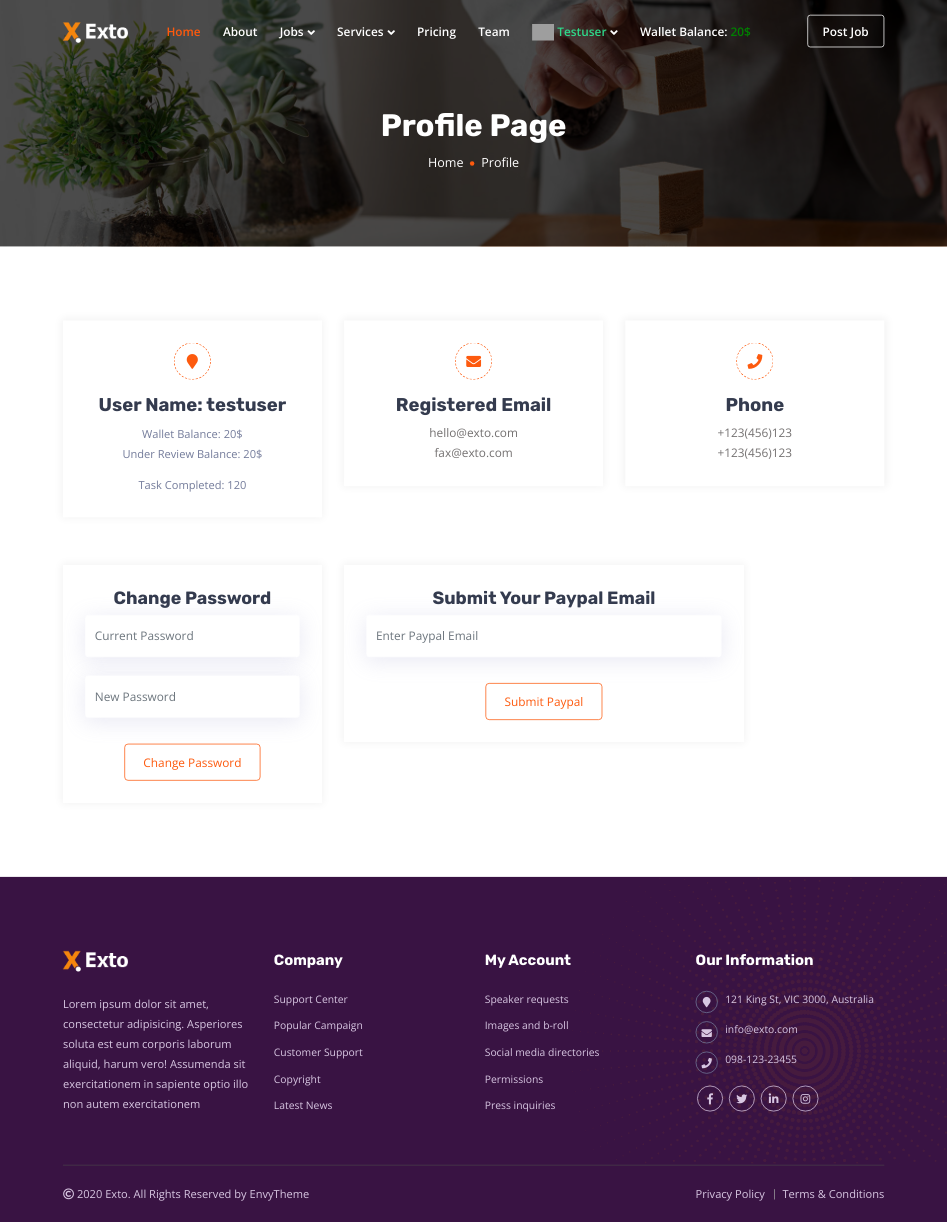
Repository: aakashrajput/XtremeWorks
Page: http://localhost/user/profile
An editor plug-in stored every save of this project. The page is shown before and after the next save, followed by the edit.
The browser window is 1280 px wide. The pictures show the whole page, at 74% of full size.
Pictures or frames that could not be fetched are drawn as grey boxes. The page is served by the project's Laravel application, run on PHP 8.4 with Laravel 8. A made-up administrator, Test User (test@example.com), is signed in. Other server files are loaded and not shown.

Above is the page before, as saved 2020-03-26 14:45:13.

### routes/web.php
<?php

use Illuminate\Support\Facades\Route;

/*
|--------------------------------------------------------------------------
| Web Routes
|--------------------------------------------------------------------------
|
| Here is where you can register web routes for your application. These
| routes are loaded by the RouteServiceProvider within a group which
| contains the "web" middleware group. Now create something great!
|
*/


//Main Site Routes

Route::get('/', function () {
    return view('site.index');
});

Route::get('/about', function () {
    return view('site.about');
});

Route::get('/user/login', function () {
    return view('site.login');
});

Route::get('/user/register', function () {
    return view('site.register');
});


Route::prefix('user')->group(function() {
    Route::post('/register', 'User\RegisterController@register')->name('user.register.submit');
    Route::post('/login', 'User\LoginController@login');
    Route::get('/home', 'User\UserHomeController@index');
    Route::get('/wallet', 'User\UserHomeController@WalletPage');
    Route::get('/profile', 'User\UserHomeController@ProfilePage');
});


Auth::routes();

Route::get('/home', 'HomeController@index')->name('home');

Auth::routes();

Route::get('/home', 'HomeController@index')->name('home');

### app/Http/Controllers/User/UserHomeController.php
<?php

namespace App\Http\Controllers\User;

use App\Http\Controllers\Controller;
use Illuminate\Http\Request;

class UserHomeController extends Controller
{
    public function __construct()
    {
        $this->middleware('auth:web');
    }

    public function index()
    {
        return view('user.index');
    }

    public function WalletPage()
    {
        return view('user.wallet');
    }

    public function ProfilePage()
    {
        return view('user.profile');
    }
}

### resources/views/user/profile.blade.php
@include('user.includes.header')

<div class="page-title-area">
    <div class="d-table">
        <div class="d-table-cell">
            <div class="container">
                <div class="page-title-content">
                    <h2>Profile Page</h2>
                    <ul>
                        <li>
                            <a href="index.html">Home</a>
                        </li>
                        <li>Profile</li>
                    </ul>
                </div>
            </div>
        </div>
    </div>
</div>
<!-- End Page Title Area -->

<!-- Start Contact Box Area -->
<section class="contact-box">
    <div class="container">
        <div class="row">
            <div class="col-lg-4 col-md-6">
                <div class="single-contact-box">
                    <i class="fa fa-map-marker"></i>
                    <div class="content-title">
                    <h3>User Name: {{Auth::user()->username}}</h3>
                        <p>Wallet Balance: 20$ <br> Under Review Balance: 20$</p>
                        <p>Task Completed: 120</p>
                    </div>
                </div>
            </div>
            <div class="col-lg-4 col-md-6">
                <div class="single-contact-box">
                    <i class="fa fa-envelope"></i>
                    <div class="content-title">
                        <h3>Registered Email</h3>
                        <a href="mailto:hello@exto.com">hello@exto.com</a>
                        <a href="mailto:hello@exto.com">fax@exto.com</a>
                    </div>
                </div>
            </div>
            <div class="col-lg-4 col-md-6 offset-md-3 offset-lg-0">
                <div class="single-contact-box">
                    <i class="fa fa-phone"></i>
                    <div class="content-title">
                        <h3>Phone</h3>
                        <a href="tel:+123(456)123">+123(456)123</a>
                        <a href="tel:+123(456)123">+123(456)123</a>
                    </div>
                </div>
            </div>
        </div>
    </div>
</section>
<!-- End Contact Box Area -->

<!-- Start Contact Area -->
<section class="contact-area pb-100">
    <div class="container">

        <div class="row">
            <div class="col-lg-4">
                <div class="contact-form">
                    <center><h4>Change Password</h4></center>
                    <form id="contactForm">
                        <div class="row">
                            <div class="col-lg-12">
                                <div class="form-group">
                                    <input type="text" name="name" class="form-control" placeholder="Current Password">
                                </div>
                            </div>
                            <div class="col-lg-12">
                                <div class="form-group">
                                    <input type="email" name="email" class="form-control" placeholder="New Password">
                                </div>
                            </div>
                            <div class="col-lg-12">
                                <button type="submit" class="default-btn">Change Password</button>
                            </div>
                        </div>
                    </form>
                </div>
            </div>
            <div class="col-lg-6">
                <div class="contact-form">
                    <center><h4>Submit Your Paypal Email</h4></center>
                    <form id="contactForm">
                        <div class="row">
                            <div class="col-lg-12">
                                <div class="form-group">
                                    <input type="text" name="name" class="form-control" placeholder="Enter Paypal Email">
                                </div>
                            </div>
                            <div class="col-lg-12">
                                <button type="submit" class="default-btn">Submit Paypal</button>
                            </div>
                        </div>
                    </form>
                </div>
            </div>
        </div>
    </div>
</section>
<!-- End Contact Area -->

@include('user.includes.footer')

### public/assets/css/flaticon.css
/*
Flaticon icon font: Flaticon
*/
@font-face {
	font-family: "Flaticon";
	src: url("../fonts/Flaticon.eot");
	src: url("../fonts/Flaticon.eot%3F") format("embedded-opentype"),
	url("../fonts/Flaticon.woff2") format("woff2"),
	url("../fonts/Flaticon.woff") format("woff"),
	url("../fonts/Flaticon.ttf") format("truetype"),
	url("../fonts/Flaticon.svg") format("svg");
	font-weight: normal;
	font-style: normal;
}
@media screen and (-webkit-min-device-pixel-ratio:0) {
	@font-face {
		font-family: "Flaticon";
		src: url("../fonts/Flaticon.svg") format("svg");
	}
}
[class^="flaticon-"]:before, [class*=" flaticon-"]:before,
[class^="flaticon-"]:after, [class*=" flaticon-"]:after {
	font-family: Flaticon;
	font-style: normal;
}

.flaticon-right-arrow:before { content: "\f100"; }
.flaticon-claim:before { content: "\f101"; }
.flaticon-lock:before { content: "\f102"; }
.flaticon-diagram:before { content: "\f103"; }
.flaticon-money:before { content: "\f104"; }
.flaticon-pen:before { content: "\f105"; }
.flaticon-refresh:before { content: "\f106"; }
.flaticon-budget:before { content: "\f107"; }
.flaticon-data:before { content: "\f108"; }
.flaticon-file:before { content: "\f109"; }
.flaticon-ruler:before { content: "\f10a"; }
.flaticon-facebook:before { content: "\f10b"; }
.flaticon-twitter:before { content: "\f10c"; }
.flaticon-linkedin:before { content: "\f10d"; }
.flaticon-instagram-logo:before { content: "\f10e"; }

### public/assets/css/flaticon-two.css
	/*
  	Flaticon icon font: Flaticon
  	Creation date: 22/12/2019 12:08
  	*/

@font-face {
	font-family: "Flaticon";
	src: url("../fonts/style-one/Flaticon.eot");
	src: url("../fonts/style-one/Flaticon.eot%3F") format("embedded-opentype"),
	url("../fonts/style-one/Flaticon.woff2") format("woff2"),
	url("../fonts/style-one/Flaticon.woff") format("woff"),
	url("../fonts/style-one/Flaticon.ttf") format("truetype"),
	url("../fonts/style-one/Flaticon.svg") format("svg");
	font-weight: normal;
	font-style: normal;
}
@media screen and (-webkit-min-device-pixel-ratio:0) {
	@font-face {
		font-family: "Flaticon";
		src: url("../fonts/style-one/Flaticon.svg") format("svg");
	}
}
[class^="flaticon-"]:before, [class*=" flaticon-"]:before,
[class^="flaticon-"]:after, [class*=" flaticon-"]:after {
	font-family: Flaticon;
	font-style: normal;
}

.flaticon-headphones:before { content: "\f100"; }
.flaticon-tag:before { content: "\f101"; }
.flaticon-cyber-security:before { content: "\f102"; }
.flaticon-innovation:before { content: "\f103"; }
.flaticon-content:before { content: "\f104"; }
.flaticon-unlink:before { content: "\f105"; }
.flaticon-data:before { content: "\f106"; }
.flaticon-goal:before { content: "\f107"; }
.flaticon-modules:before { content: "\f108"; }
.flaticon-work-time:before { content: "\f109"; }
.flaticon-it:before { content: "\f10a"; }
.flaticon-monitor:before { content: "\f10b"; }
.flaticon-appointment:before { content: "\f10c"; }
.flaticon-user:before { content: "\f10d"; }
.flaticon-dancer-motion:before { content: "\f10e"; }
.flaticon-cropping-tool:before { content: "\f10f"; }
.flaticon-brain-and-head:before { content: "\f110"; }
.flaticon-telephone:before { content: "\f111"; }
.flaticon-envelope:before { content: "\f112"; }
.flaticon-edit:before { content: "\f113"; }
.flaticon-placeholder:before { content: "\f114"; }

### public/assets/css/flaticon-three.css
	/*
  	Flaticon icon font: Flaticon
  	Creation date: 02/01/2020 10:22
  	*/

@font-face {
	font-family: "Flaticon";
	src: url("../fonts/style-two/Flaticon.eot");
	src: url("../fonts/style-two/Flaticon.eot%3F") format("embedded-opentype"),
	url("../fonts/style-two/Flaticon.woff2") format("woff2"),
	url("../fonts/style-two/Flaticon.woff") format("woff"),
	url("../fonts/style-two/Flaticon.ttf") format("truetype"),
	url("../fonts/style-two/Flaticon.svg") format("svg");
	font-weight: normal;
	font-style: normal;
}

@media screen and (-webkit-min-device-pixel-ratio:0) {
  @font-face {
		font-family: "Flaticon";
		src: url("../fonts/style-two/Flaticon.svg") format("svg");
	}
}
[class^="flaticon-"]:before, [class*=" flaticon-"]:before,
[class^="flaticon-"]:after, [class*=" flaticon-"]:after {
	font-family: Flaticon;
	font-style: normal;
}

.flaticon-industry:before { content: "\f100"; }
.flaticon-group:before { content: "\f101"; }
.flaticon-promotion:before { content: "\f102"; }
.flaticon-coffee-cup:before { content: "\f103"; }

### public/assets/css/progressbar.min.css
.circle-chart{width:150px;height:150px}.circle-chart__circle{stroke:#00acc1;stroke-width:2;stroke-linecap:square;fill:none;animation:circle-chart-fill 2s reverse;transform:rotate(-90deg);transform-origin:center}.circle-chart__circle--negative{transform:rotate(-90deg)scale(1,-1)}.circle-chart__background{stroke:#efefef;stroke-width:2;fill:none}.circle-chart__info{animation:circle-chart-appear 2s forwards;opacity:0;transform:translateY(0.3em)}.circle-chart__percent{alignment-baseline:central;text-anchor:middle;font-size:8px}.circle-chart__subline{alignment-baseline:central;text-anchor:middle;font-size:3px}.success-stroke{stroke:#ff8a00}.warning-stroke{stroke:#ffbb33}.danger-stroke{stroke:#ff4444}
@keyframes circle-chart-fill{to{stroke-dasharray:0 100}}
@keyframes circle-chart-appear{to{opacity:1;transform:translateY(0)}}

Loaded but not shown: app/Http/Controllers/Auth/LoginController.php (common file); app/Http/Controllers/Controller.php (common file); app/Http/Controllers/Auth/ConfirmPasswordController.php (common file); app/User.php (common file); public/assets/css/bootstrap.min.css (library); public/assets/css/animate.min.css (library); public/assets/css/odometer.min.css (library); public/assets/css/meanmenu.css (common file); public/assets/css/magnific-popup.min.css (library); public/assets/css/nice-select.min.css (library); public/assets/css/owl.carousel.min.css (library); public/assets/css/fontawesome.min.css (library); public/assets/css/style.css (library); public/assets/js/jquery.min.js (library); public/assets/js/popper.min.js (library); public/assets/js/bootstrap.min.js (library); public/assets/js/jquery.meanmenu.js (library); public/assets/js/jquery.appear.min.js (common file); public/assets/js/odometer.min.js (library); public/assets/js/owl.carousel.min.js (library); public/assets/js/jquery.magnific-popup.min.js (library); public/assets/js/wow.min.js (library); public/assets/js/particles.min.js (library); public/assets/js/main.js (330 lines, source omitted); public/assets/js/jquery.nice-select.min.js (4 lines, source omitted); public/assets/js/progressbar.min.js (4 lines, source omitted); public/assets/css/responsive.css (2922 lines, source omitted); resources/views/user/includes/footer.blade.php (168 lines, source omitted); resources/views/user/includes/header.blade.php (143 lines, source omitted)

After the next save:
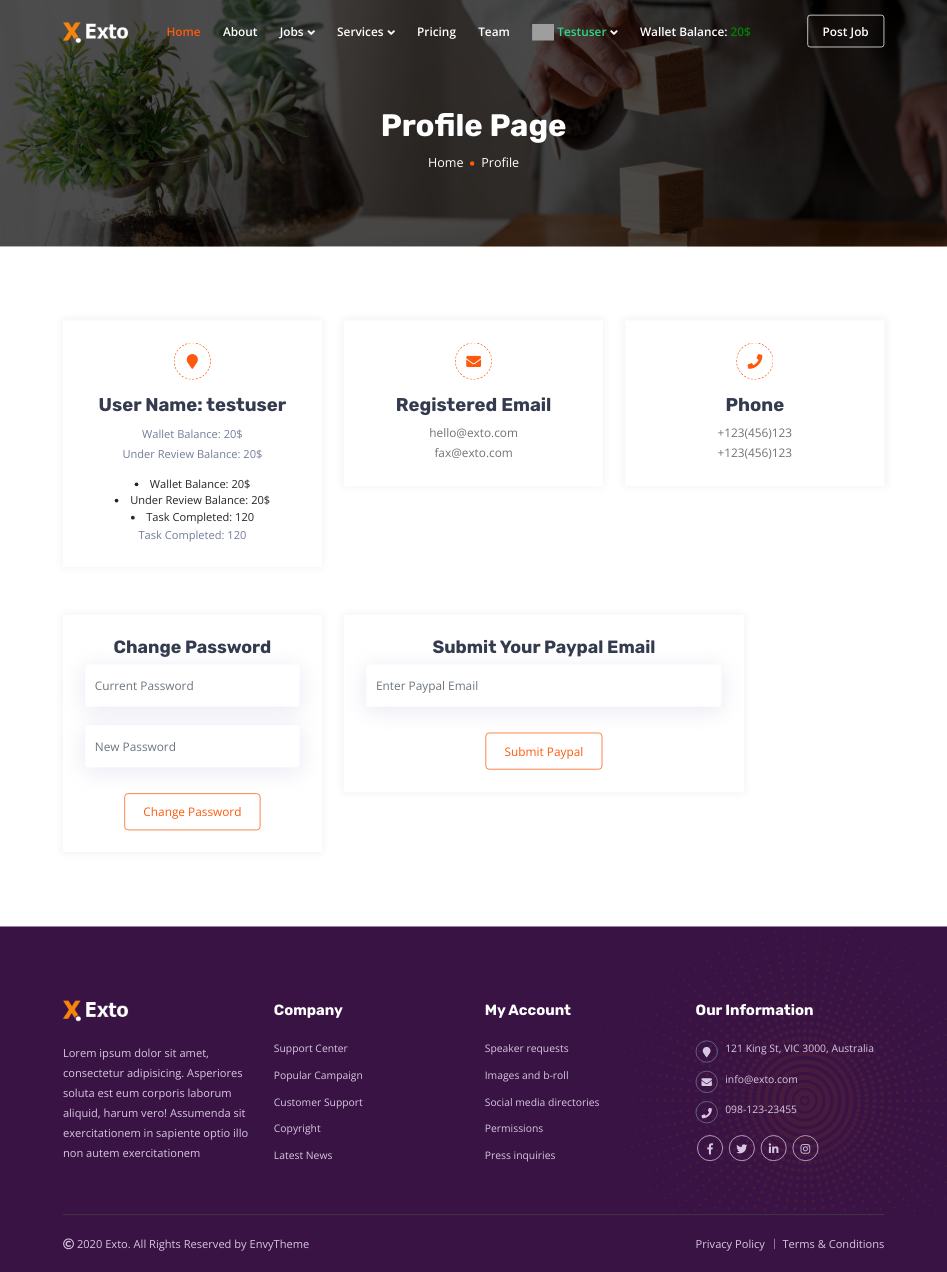
Saved 54 s later.
--- a/resources/views/user/profile.blade.php
+++ b/resources/views/user/profile.blade.php
@@ -29,6 +29,9 @@
                     <div class="content-title">
                     <h3>User Name: {{Auth::user()->username}}</h3>
                         <p>Wallet Balance: 20$ <br> Under Review Balance: 20$</p>
+                        <li>Wallet Balance: 20$</li>
+                        <li>Under Review Balance: 20$</li>
+                        <li>Task Completed: 120</li>
                         <p>Task Completed: 120</p>
                     </div>
                 </div>

After the save that followed:
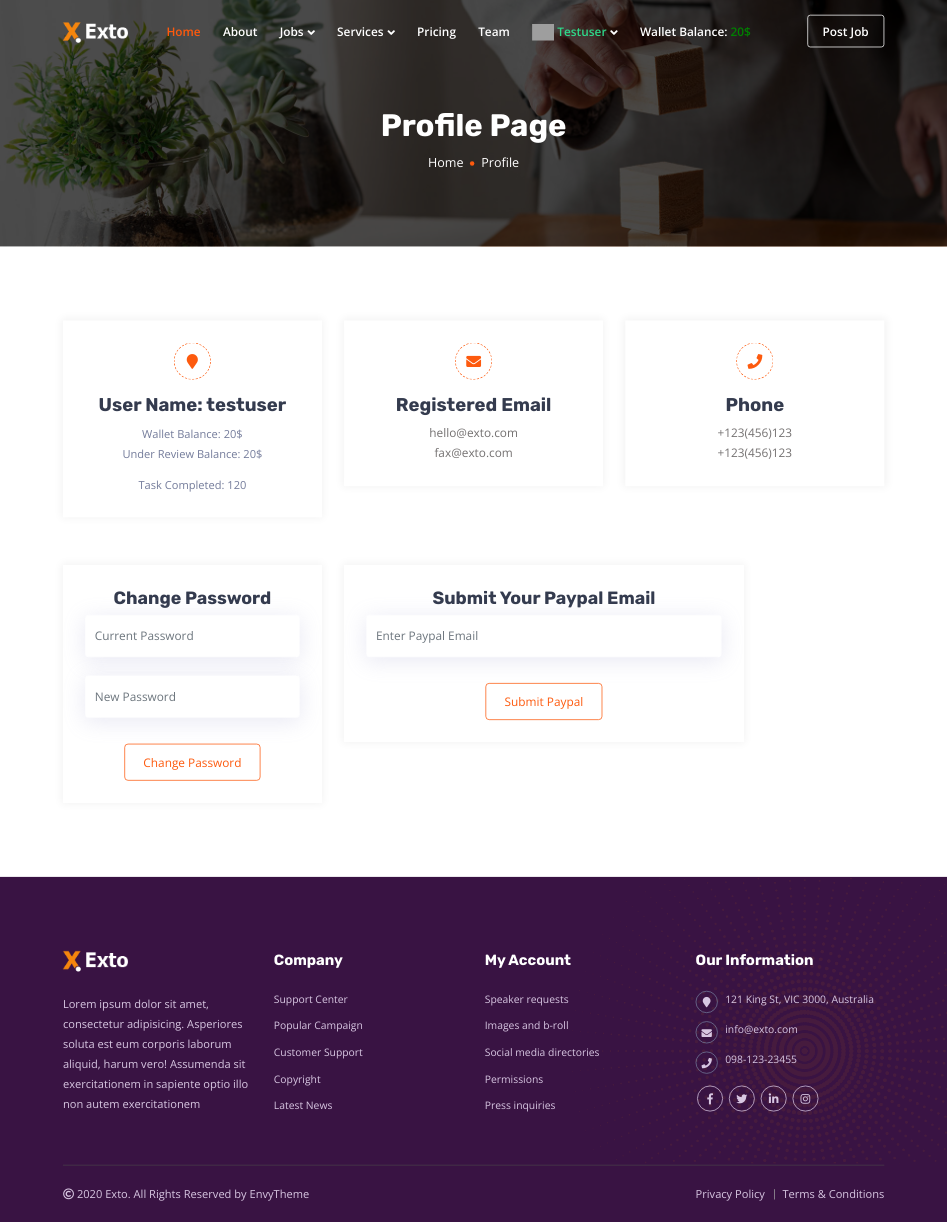
Saved 10 s later.
--- a/resources/views/user/profile.blade.php
+++ b/resources/views/user/profile.blade.php
@@ -29,9 +29,6 @@
                     <div class="content-title">
                     <h3>User Name: {{Auth::user()->username}}</h3>
                         <p>Wallet Balance: 20$ <br> Under Review Balance: 20$</p>
-                        <li>Wallet Balance: 20$</li>
-                        <li>Under Review Balance: 20$</li>
-                        <li>Task Completed: 120</li>
                         <p>Task Completed: 120</p>
                     </div>
                 </div>
